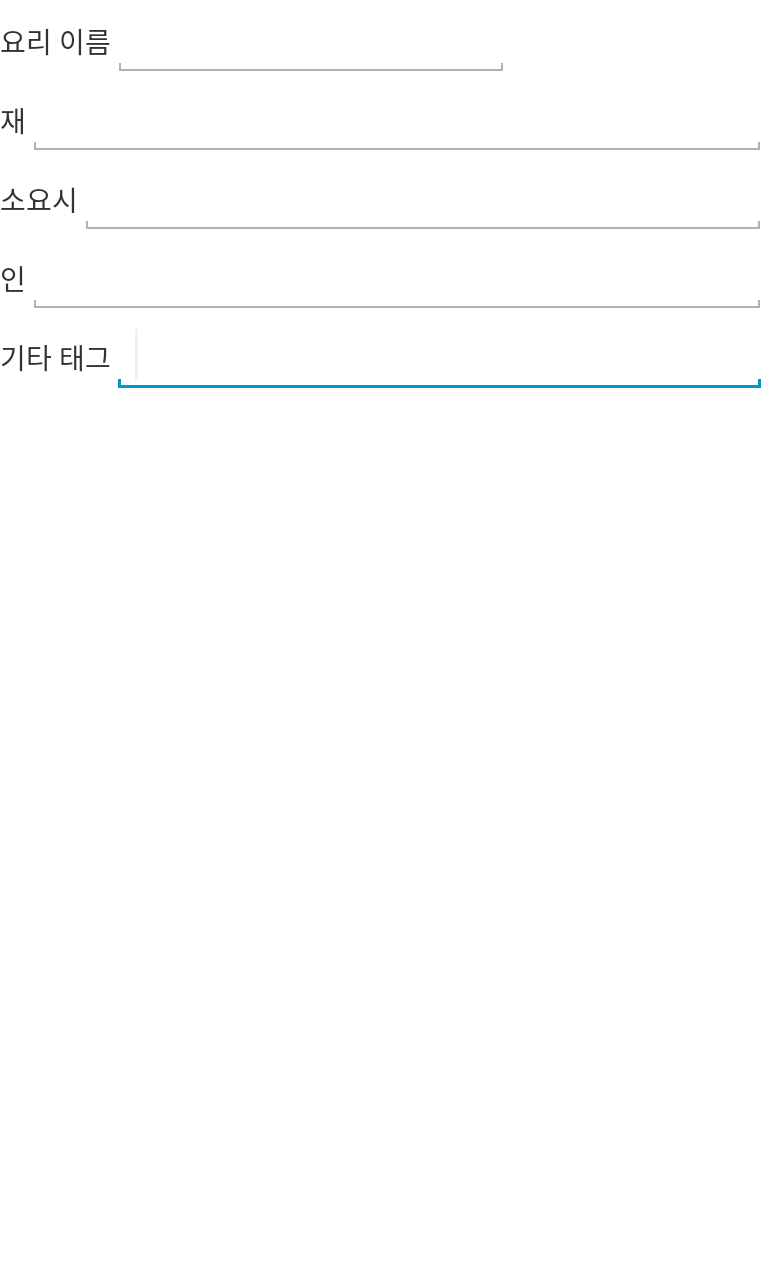
Repository: lay126/fuding_wewe
Layout: fuding_android/FudingAndroid/res/layout/fragment_addposting.xml
The author's editor kept a copy of each file at every save. The layout is drawn from the files as they stood at one save, then again after the next save.
It is drawn on a 768 x 1280 px phone screen (xhdpi) without system bars, with theme AppTheme; the app's code is not run.

Above is the layout before, as saved 2015-07-21 07:50:17.

### fuding_android/FudingAndroid/res/layout/fragment_addposting.xml
<?xml version="1.0" encoding="utf-8"?>
<LinearLayout xmlns:android="http://schemas.android.com/apk/res/android"
    android:layout_width="match_parent"
    android:layout_height="match_parent"
    android:orientation="vertical" >

    <LinearLayout
        android:id="@+id/LinearLayout1"
        android:layout_width="match_parent"
        android:layout_height="wrap_content"
        android:orientation="vertical" >

        <LinearLayout
            android:layout_width="match_parent"
            android:layout_height="wrap_content" >

            <TextView
                android:layout_width="wrap_content"
                android:layout_height="wrap_content"
                android:text="요리 이름" />

            <EditText
                android:id="@+id/edit_title"
                android:layout_width="200dp"
                android:layout_height="wrap_content"
                android:ems="10" >

                <requestFocus />
            </EditText>

        </LinearLayout>

        <LinearLayout
            android:layout_width="match_parent"
            android:layout_height="wrap_content" >

            <TextView
                android:layout_width="wrap_content"
                android:layout_height="wrap_content"
                android:text="재" />

            <EditText
                android:id="@+id/edit_ingredient"
                android:layout_width="wrap_content"
                android:layout_height="wrap_content"
                android:layout_weight="1"
                android:ems="10" >

                <requestFocus />
            </EditText>

        </LinearLayout>
        <LinearLayout
            android:layout_width="match_parent"
            android:layout_height="wrap_content" >

            <TextView
                android:id="@+id/textView1"
                android:layout_width="wrap_content"
                android:layout_height="wrap_content"
                android:text="소요시" />

            <EditText
                android:id="@+id/edit_time"
                android:layout_width="wrap_content"
                android:layout_height="wrap_content"
                android:layout_weight="1"
                android:ems="10" >

                <requestFocus />
            </EditText>

        </LinearLayout>
        <LinearLayout
            android:layout_width="match_parent"
            android:layout_height="wrap_content" >

            <TextView
                android:layout_width="wrap_content"
                android:layout_height="wrap_content"
                android:text="인" />

            <EditText
                android:id="@+id/edit_amount"
                android:layout_width="wrap_content"
                android:layout_height="wrap_content"
                android:layout_weight="1"
                android:ems="10" >

                <requestFocus />
            </EditText>

        </LinearLayout>
        <LinearLayout
            android:layout_width="match_parent"
            android:layout_height="wrap_content" >

            <TextView
                android:layout_width="wrap_content"
                android:layout_height="wrap_content"
                android:text="기타 태그" />

            <EditText
                android:id="@+id/edit_tag"
                android:layout_width="wrap_content"
                android:layout_height="wrap_content"
                android:layout_weight="1"
                android:ems="10" >

                <requestFocus />
            </EditText>

        </LinearLayout>

    </LinearLayout>

    <RelativeLayout
        android:layout_width="match_parent"
        android:layout_height="match_parent" >
    </RelativeLayout>

</LinearLayout>

Loaded but not shown: fuding_android/FudingAndroid/res/values/styles.xml (common file); fuding_android/FudingAndroid/res/values-v11/styles.xml (common file); fuding_android/FudingAndroid/res/values-v14/styles.xml (common file)

After the next save:
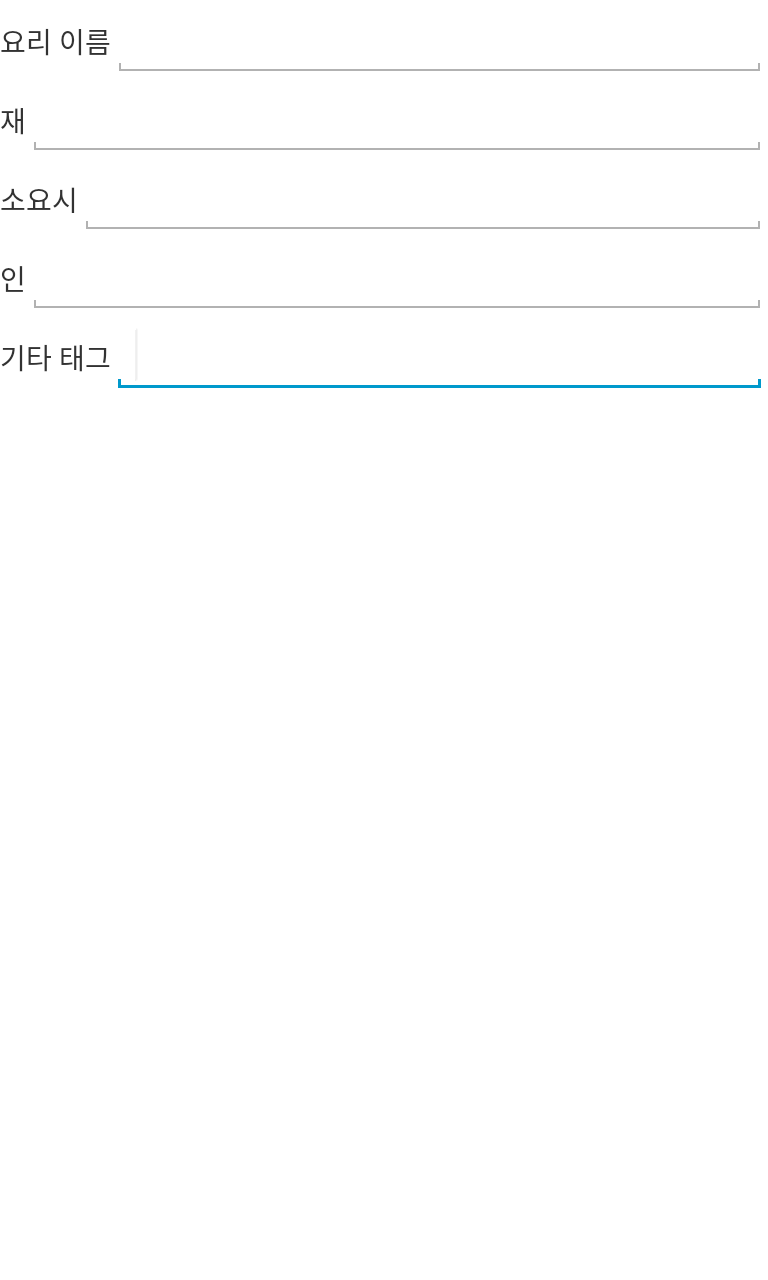
Saved 28 s later.
--- a/fuding_android/FudingAndroid/res/layout/fragment_addposting.xml
+++ b/fuding_android/FudingAndroid/res/layout/fragment_addposting.xml
@@ -21,8 +21,9 @@
 
             <EditText
                 android:id="@+id/edit_title"
-                android:layout_width="200dp"
+                android:layout_width="wrap_content"
                 android:layout_height="wrap_content"
+                android:layout_weight="1"
                 android:ems="10" >
 
                 <requestFocus />
